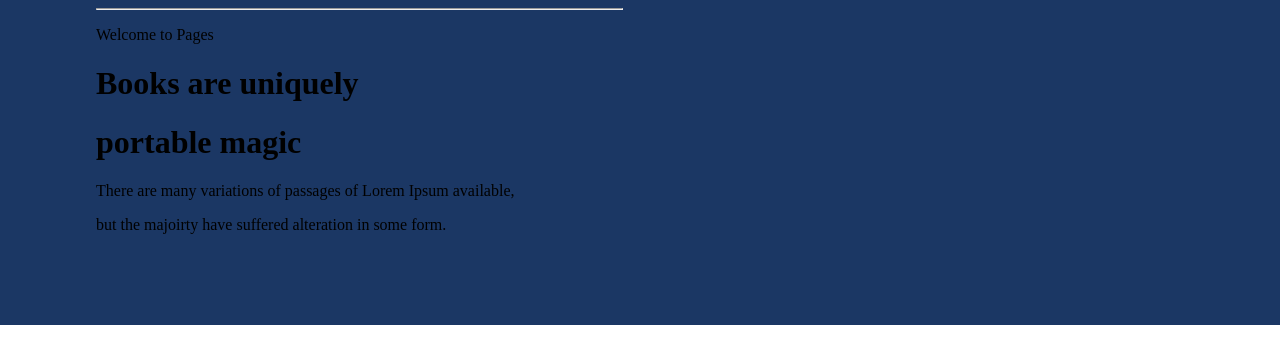
Repository: Godnorg/Class2
Page: index.html
These files come from the project's save history. The page is drawn as it stood at one moment and after the next save; the edit follows.
The browser window is 1280 px wide. The pictures show the whole page.

Above is the page before, as saved 2023-02-13 21:35:30.

### index.html
<!DOCTYPE html>
<html lang="en">
<head>
    <meta charset="UTF-8">
    <meta http-equiv="X-UA-Compatible" content="IE=edge">
    <meta name="viewport" content="width=device-width, initial-scale=1.0">
    <title>Class 2</title>
    <link rel="stylesheet" href="index.css">
</head>
<body>
<div class="page1">
    <div class="allpages">
        <div class="navigation bar">

        </div>
        <div class="middle">
            <div>

                <hr class="style"><p>Welcome to Pages</p></hr>
                <h1>Books are uniquely</h1>
                <h1>portable magic</h1>
                <p>There are many variations of passages of Lorem Ipsum available,</p>
                <p>but the majoirty have suffered alteration in some form.</p>
            </div>
            <div>

            </div>
        </div>
    </div>
</div>


</body>
</html>

### index.css
body {
    margin: 0;
    padding: 0;
}

.page1 {
    background: #1B3764;
    padding-bottom: 75px;
    font-color: white;
}

.allpages {
    width: 85%;
    margin: auto;
}

.middle {
    display: grid;
    grid-template-columns: 1fr 1fr;
    column-gap: 35px;

}

.style {

}

After the next save:
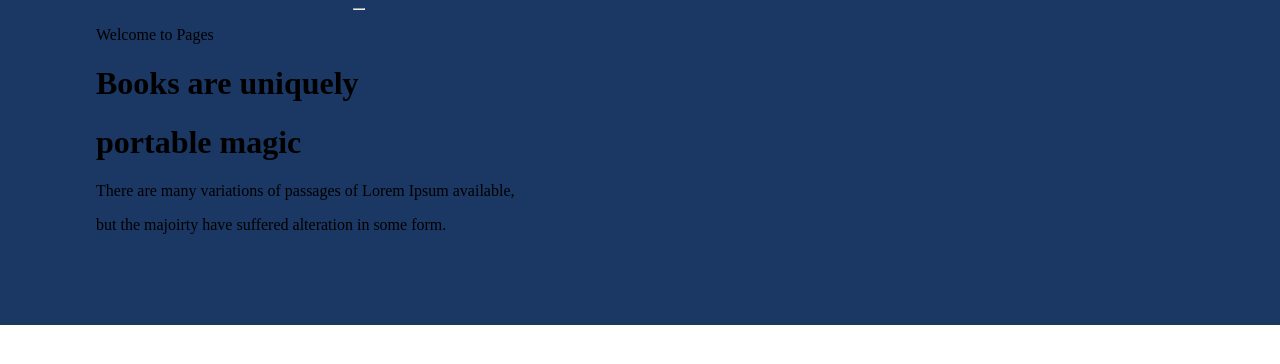
Saved 8 s later.
--- a/index.css
+++ b/index.css
@@ -22,5 +22,5 @@ body {
 }
 
 .style {
-
+    width: 10px;
 }
